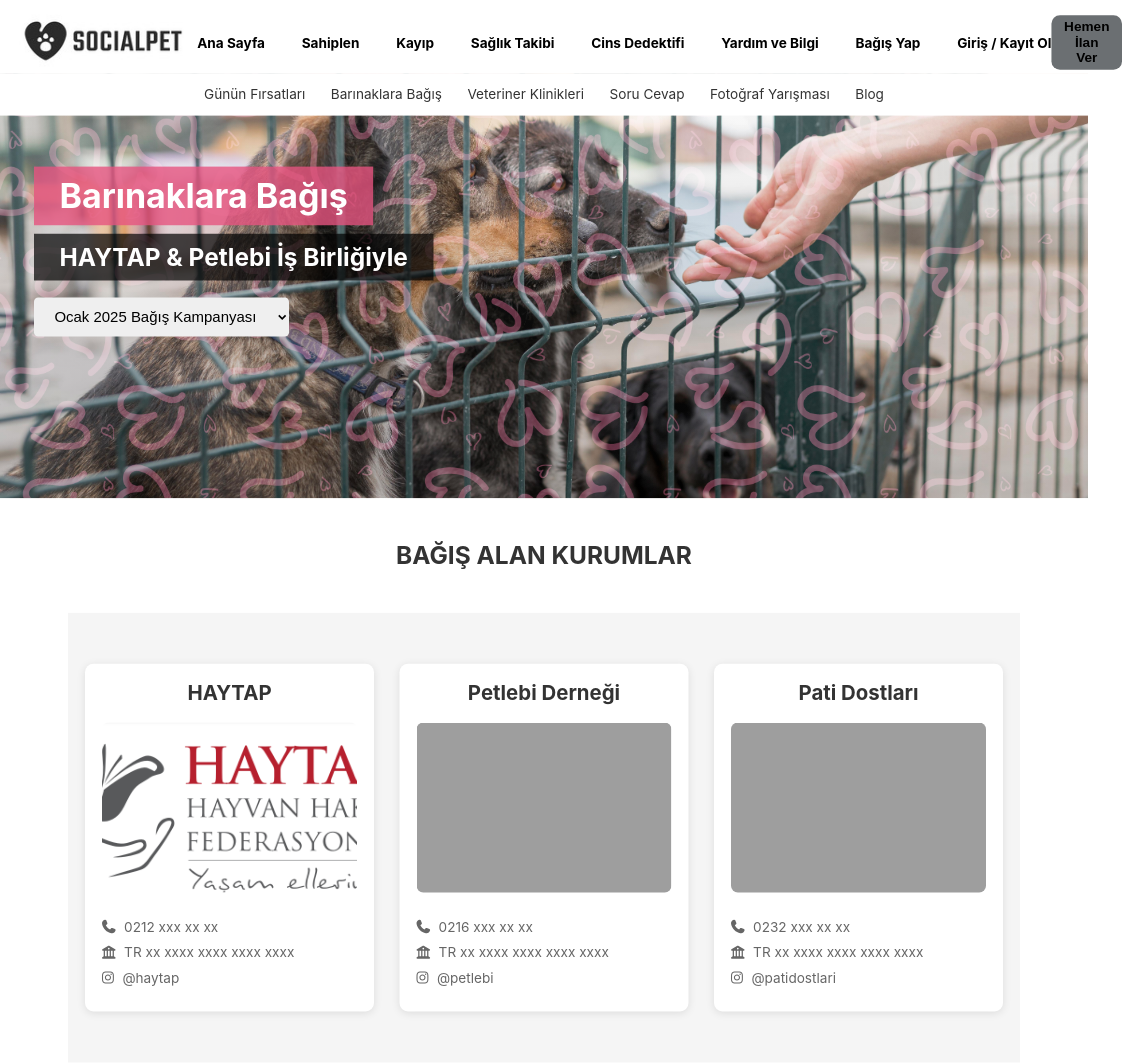
Repository: utkucaa/socialpet-frontend
Page: /donate (app in petweb/petweb/)
The author's editor kept a copy of each file at every save. The page is drawn from the files as they stood at one save, then again after the next save.
The browser window is 1280 px wide. The page is 1320 px wide, so the pictures cover 1320 px, including what lies to the right of the window. The pictures show the whole page, at 85% of full size.
Pictures or frames that could not be fetched are drawn as grey boxes. The project was rebuilt for these pictures with package versions that can differ from the ones it lists, and the page was loaded fresh each time. Also part of the build but not shown: petweb/petweb/src/Components/Login/Login.jsx, petweb/petweb/src/Components/Intro/Intro.css, petweb/petweb/src/Components/Intro/Intro.jsx, petweb/petweb/src/Components/Register/Register.jsx, petweb/petweb/src/Components/Profile/ProfilePage.jsx, petweb/petweb/src/Components/Adoption/Header.css, petweb/petweb/src/Components/Adoption/Header.jsx, petweb/petweb/src/Components/Adoption/Stats.css and 30 more. Imported but missing from the stored project, and not drawn on this page: petweb/petweb/src/Components/AdoptionSteps.

Above is the page before, as saved 2025-01-09 21:52:42.

### petweb/petweb/src/Components/Navbar/Navbar.jsx
import React from 'react';
import { Link } from 'react-router-dom';
import './Navbar.css';

const Navbar = ({ user, setUser }) => {
  const handleLogout = () => {
    setUser(null);
  };

  return (
    <div className='n-container'>
      <div className="n-left">
        <Link to="/">
          <img src="/logo.png" alt="Social Pet Logo" className="n-logo" />
        </Link>
      </div>
      <div className="n-right">
        <div className="n-list">
          <ul>
            <li><Link to="/">Ana Sayfa</Link></li>
            <li><Link to="/adopt">Sahiplen</Link></li>
            <li><Link to="/lost">Kayıp</Link></li>
            <li><Link to="/health-tracking">Sağlık Takibi</Link></li>
            <li><Link to="/breed-detector">Cins Dedektifi</Link></li>
            <li><Link to="/help-info">Yardım ve Bilgi</Link></li>
            <li><Link to="/donate">Bağış Yap</Link></li>

            {!user ? (
              <li><Link to="/login">Giriş / Kayıt Ol</Link></li>
            ) : (
              <li><Link to="/profile">Profil</Link></li>
            )}
          </ul>
        </div>
        {!user ? (
          <button className='giris-cıkıs'>
            <Link to="/create-ad">Hemen İlan Ver</Link>
          </button>
        ) : (
          <button className='giris-cıkıs cıkıs' onClick={handleLogout}>
            <Link to="/">Çıkış Yap</Link>
          </button>
        )}
      </div>
    </div>
  );
};

export default Navbar;

### petweb/petweb/src/Components/Donate/Donate.jsx
import React from 'react';
import './Donate.css';
import { FontAwesomeIcon } from '@fortawesome/react-fontawesome';
import { faPhone, faUniversity } from '@fortawesome/free-solid-svg-icons';
import { faInstagram } from '@fortawesome/free-brands-svg-icons';

const Donate = () => {
  const donationCards = [
    {
      name: "HAYTAP",
      image: "/haytap.png",
      phone: "0212 xxx xx xx",
      iban: "TR xx xxxx xxxx xxxx xxxx",
      instagram: "@haytap"
    },
    {
      name: "Petlebi Derneği",
      image: "/hayvan2.jpg",
      phone: "0216 xxx xx xx",
      iban: "TR xx xxxx xxxx xxxx xxxx",
      instagram: "@petlebi"
    },
    {
      name: "Pati Dostları",
      image: "/hayvan3.jpg",
      phone: "0232 xxx xx xx",
      iban: "TR xx xxxx xxxx xxxx xxxx",
      instagram: "@patidostlari"
    }
  ];

  return (
    <div className="main-container">
      {/* Üst Kısım - Resimli Alan */}
      <div className="hero-section">
        <nav className="nav-menu">
          <ul>
            <li>Günün Fırsatları</li>
            <li>Barınaklara Bağış</li>
            <li>Veteriner Klinikleri</li>
            <li>Soru Cevap</li>
            <li>Fotoğraf Yarışması</li>
            <li>Blog</li>
          </ul>
        </nav>
        <div className="hero-content">
          <div className="title-box">
            <h1>Barınaklara Bağış</h1>
          </div>
          <div className="subtitle-box">
            <h2>HAYTAP & Petlebi İş Birliğiyle</h2>
          </div>
          <div className="select-container">
            <select>
              <option>Ocak 2025 Bağış Kampanyası</option>
            </select>
          </div>
        </div>
      </div>

      {/* Alt Kısım - Bilgilendirme ve Kartlar */}
      <div className="content-section">
        <div className="info-section">
          <h2>BAĞIŞ ALAN KURUMLAR</h2>
        </div>

        <div className="donation-cards-container">
          {donationCards.map((card, index) => (
            <div key={index} className="donation-card">
              <h3 className="card-title">{card.name}</h3>
              <div className="card-image">
                <img src={card.image} alt={card.name} />
              </div>
              <div className="card-info">
                <p> <FontAwesomeIcon icon={faPhone} /> {card.phone}</p>
                <p><FontAwesomeIcon icon={faUniversity} /> {card.iban}</p>
                <p><FontAwesomeIcon icon={faInstagram} /> {card.instagram}</p>
              </div>
            </div>
          ))}
        </div>
      </div>
    </div>
  );
};

export default Donate;

### petweb/petweb/src/Components/Navbar/Navbar.css
.spline-sans-mono {
    font-family: "Spline Sans Mono", monospace;
  }

.n-container{
    height: 10vh;
    margin-top: 14px;
    display: flex;
    justify-content: space-between;
    align-items: center;
    padding: 0 2rem;
}

.n-logo {
    width: 200px;
    height: auto;
    margin-right: 10px;
    margin-left: -10px;
  }


.n-left{
    flex:1;
    align-items: center;
    display: flex;
    gap:1 rem;
}


.n-right{
    display: flex;
    flex: 5;
    align-items: center;
    justify-content: center;
    font-weight: 400;
}

.n-list{
    flex: 10;
}

.n-list a {
    text-decoration: none;
    color: black;
    font-weight: bold;
    font-size: 16px;
    transition: color 0.3s ease;
}

.n-list a:hover {
    color:  #1a237e;
}

.n-list>ul{
    display: flex;
    gap: 2.7rem;
    margin-right: 2rem;
    margin-left: -10px;
    align-items: center;
    list-style: none;
    padding: 0;
    margin: 0;
}

.n-list>ul>li {
    white-space: nowrap;
}

.giris-cıkıs {
    background-color: #6b6f72;
    color: white;
    padding: 5px 15px;
    border: none;
    border-radius: 10px;
    cursor: pointer;
    font-size: 16px;
    font-weight: bold;
    transition: background-color 0.3s ease, transform 0.2s ease;
    margin-right: -14px;
    width: auto;
}
.giris-cıkıs:hover {
    background-color: #4b5b63;
    transform: scale(1.05);
}

.giris-cıkıs a {
    text-decoration: none;
    color: black;
    font-weight: bold;
    font-size: 16px;
}

.giris-cıkıs a:hover {
    color: white;
}

### petweb/petweb/src/Components/Login/Login.css

.login-page {
    display: flex;
    height: 100vh;
  }

  .login-left {
    flex: 1;
  display: flex;
  flex-direction: column;
  justify-content: center;
  align-items: center;
  background: linear-gradient(135deg, #f0f0f0, #d9e4f5);
  padding: 20px;
  text-align: center;
  border-top-right-radius: 20px;
  border-radius: 20px;
  margin-left: 30px;
  }
  .login-logo {
    width: 400px;
    height: auto;
    border-radius: 10px;
    margin-top: 20px;
  }
  .login-left h1 {
    font-size: 36px;
    color: #333;
    margin-bottom: 5px;
    margin-top: 10px;
  }

  .login-left p {
    font-size: 18px;
    margin-top: 5px;
    color: #555;
  }

  .login-image {
    width: 70%;
    margin-top: 20px;
    border-radius: 10px;
  }

  .login-right {
    flex: 1;
    display: flex;
    justify-content: center;
    align-items: center;
    background: #fff;
  }

  .login-box {
    background: white;
    padding: 30px;
    border-radius: 8px;
    box-shadow: 0 4px 15px rgba(0, 0, 0, 0.2);
    text-align: center;
    width: 90%;
    max-width: 400px;
  }

  h2 {
    font-size: 24px;
    margin-bottom: 20px;
    color: #333;
  }

  .form-group {
    margin-bottom: 15px;
    text-align: left;
  }

  label {
    display: block;
    font-size: 14px;
    margin-bottom: 5px;
    color: #555;
  }

  input {
    width: 100%;
    padding: 10px;
    font-size: 14px;
    border-radius: 5px;
    border: 1px solid #ccc;
    outline: none;
    transition: border-color 0.3s;
  }

  input:focus {
    border-color: #5d6d7e;
  }

  .login-button {
    background-color: #5d6d7e;
    color: white;
    padding: 10px;
    width: 100%;
    border: none;
    border-radius: 5px;
    font-size: 16px;
    cursor: pointer;
    transition: background-color 0.3s;
  }

  .login-button:hover {
    background-color: #4b5b63;
  }

  .error-message {
    color: red;
    font-size: 14px;
    margin-bottom: 15px;
  }

  .redirect-message {
    margin-top: 15px;
    font-size: 14px;
  }

  .redirect-message a {
    color: #4a90e2;
    text-decoration: none;
  }

  .redirect-message a:hover {
    text-decoration: underline;
  }

### petweb/petweb/src/Components/Register/Register.css
.register-page {
    display: flex;
    height: 100vh;
  }

  .register-left {
    flex: 1;
  display: flex;
  flex-direction: column;
  justify-content: center;
  align-items: center;
  background: linear-gradient(135deg, #f0f0f0, #d9e4f5);
  padding: 20px;
  text-align: center;
  border-top-right-radius: 20px;
  border-radius: 20px;
  margin-left: 30px;
  }

  .register-logo {
    width: 400px;
    height: auto;
    border-radius: 10px;
    margin-top: 20px;
  }

  .register-left h1 {
    font-size: 36px;
    color: #333;
    margin-bottom: 5px;
    margin-top: 10px;
  }

  .register-left p {
    font-size: 18px;
    margin-top: 5px;
    color: #555;
  }

  .register-right {
    flex: 1;
    display: flex;
    justify-content: center;
    align-items: center;
    background: #fff;
  }

  .register-box {
    background: white;
  padding: 20px;
  border-radius: 20px;
  box-shadow: 0 4px 15px rgba(0, 0, 0, 0.2);
  text-align: center;
  width: 100%;
  max-width: 600px;
  }

  h2 {
    font-size: 24px;
    margin-bottom: 20px;
    color: #333;
  }

  .form-group {
    margin-bottom: 15px;
    text-align: left;
  }

  label {
    font-size: 14px;
  margin-bottom: 5px;
  color: #555;
  align-self: flex-start;
  padding-left: 112px;
  }

  input {
    width: 100%;
    max-width: 350px;
    padding: 12px;
    font-size: 14px;
    border-radius: 5px;
    border: 1px solid #ccc;
    outline: none;
    transition: border-color 0.3s;
    margin: 0 auto;
    display: block;
  }

  input:focus {
    border-color: #5d6d7e;
  }

  .register-button {
    background-color: #5d6d7e;
  color: white;
  padding: 12px;
  width: 100%;
  max-width: 350px;
  border: none;
  border-radius: 5px;
  font-size: 16px;
  cursor: pointer;
  transition: background-color 0.3s;
  margin: 20px auto;
  display: block;
  }

  .register-button:hover {
    background-color: #4b5b63;
  }

  .error-message {
    color: red;
    font-size: 14px;
    margin-bottom: 15px;
  }

  .redirect-message {
    margin-top: 15px;
    font-size: 14px;
  }

  .redirect-message a {
    color: #4a90e2;
    text-decoration: none;
  }

  .redirect-message a:hover {
    text-decoration: underline;
  }

### petweb/petweb/src/Components/Profile/ProfilePage.css
.profile-container {
  padding: 20px;
  max-width: 1200px;
  margin: 0 auto;
}

.profile-header-section {
  background: #696769;
  border-radius: 8px;
  padding: 20px;
  display: flex;
  justify-content: space-between;
  align-items: center;
  color: white;
}

.profile-avatar {
  display: flex;
  justify-content: center;
  align-items: center;
  position: relative;
  width: 120px;
  height: 120px;
}

.avatar-box {
  width: 100px;
  height: 100px;
  border-radius: 8px;
  background-color: #d9d9d9;
  overflow: hidden;
  display: flex;
  justify-content: center;
  align-items: center;
  position: relative;
  cursor: pointer;
}

.avatar-box img {
  width: 100%;
  height: 100%;
  object-fit: cover;
}

.avatar-input {
  position: absolute;
  top: 0;
  left: 0;
  width: 100%;
  height: 100%;
  opacity: 0;
  cursor: pointer;
  z-index: 2;
}

.profile-left {
  display: flex;
  align-items: center;
  gap: 20px;
}

.profile-avatar img {
  width: 120px;
  height: 120px;
  border-radius: 8px;
  background: #fff;
}

.member-tags {
  display: flex;
  gap: 10px;
  margin: 10px 0;
}

.tag {
  padding: 4px 8px;
  border-radius: 4px;
  font-size: 12px;
}

.tag.blue {
  background: #2196f3;
}

.tag.cyan {
  background: #00bcd4;
}

.stats-section {
  display: grid;
  grid-template-columns: repeat(4, 1fr);
  gap: 20px;
  margin: 20px 0;
}

.stat-card {
  padding: 15px;
  border-radius: 8px;
  color: white;
  text-align: center;
}

.stat-card.blue { background: #82bae8; }
.stat-card.green { background: #86c388; }
.stat-card.orange { background: #e7c086; }
.stat-card.cyan { background: #7bcad4; }


.content-section {
  display: flex;
  gap: 20px;
  margin-top: 20px;
}

.side-menu {
  width: 250px;
  background: #f5f5f5;
  padding: 15px;
  border-radius: 8px;
}

.side-menu ul {
  list-style: none;
  padding: 0;
}

.side-menu li {
  padding: 10px;
  margin: 5px 0;
  cursor: pointer;
  border-radius: 4px;
  transition: background-color 0.3s;
}

.side-menu li:hover {
  background: #e0e0e0;
}

.main-content {
  flex: 1;
}

.no-ads {
  background: #696767;
  color: white;
  padding: 15px;
  border-radius: 8px;
  text-align: center;
}

.profile-actions {
  display: flex;
  gap: 15px;
}

.btn-update, .btn-add {
  padding: 8px 16px;
  border: none;
  border-radius: 4px;
  cursor: pointer;
}

.btn-update {
  background: #f5f5f5;
  color: #333;

}

.btn-add {
  background: #eda03c;
  color: white;

}

.btn-logout {
  background-color: rgb(201, 197, 197);
  color: white;
  border: none;
  padding: 10px 20px;
  cursor: pointer;
  margin-top: 10px; /* İlan Ekle butonundan sonra biraz boşluk bırakır */
}

.btn-logout:hover {
  background-color: rgb(55, 54, 54);
}

### petweb/petweb/src/Components/Adoption/CreatedPage.css
.create-ad-container {
  display: flex;
  width: 100%;
}

.create-ad-title {
  font-size: 24px;
  font-weight: bold;
  color: #333;
  margin-left: 90px;
  margin-top: 20px;
  text-align: left;
  position: relative;
  top: 20px;
}

select {
  font-size: 12px;
  padding: 5px 8px;
  width: 100px;
  height: auto;
  border-radius: 5px;
  border: 1px solid #ccc;
}

option {
  font-size: 12px;
}

.sidebar {
  width: 250px;
  background-color: #f4f4f4;
  height: 100vh;
  padding: 20px;
  box-shadow: 2px 0 5px rgba(0, 0, 0, 0.1);
}

.step-content {
  margin-left: 270px;
  padding: 20px;
  width: calc(100% - 270px);
  display: flex;
  flex-direction: column;
}

.step-indicator {
  display: flex;
  justify-content: center;
  align-items: center;
  margin-bottom: 20px;
  gap: 50px;
}

.step-box {
  width: 40px;
  height: 40px;
  background-color: transparent;
  border-radius: 50%;
  display: flex;
  justify-content: center;
  align-items: center;
  font-size: 18px;
  margin: 0 px;
  font-weight: bold;
  cursor: pointer;
  box-shadow: none;
  border: none;
  transition: background-color 0.3s ease, color 0.3s ease;
}

.step-box.active {
  background-color: #f8c471;
  color: white;
}

.step-box.inactive {
  background-color: #ccc;
  color: #666;
}

.step-text.active-text {
  color: #f8c471;
}

.step-text.inactive-text {
  color: #666;
}

.step-description {
  display: flex;
  justify-content: center;
  margin-top: -10px;
  gap: 80px;
}

.step-text {
  font-size: 14px;
  text-align: center;
  width: auto;
  margin: 20px 0 0 0;
  transition: color 0.3s;
}

.step-text h2 {
  font-size: 12px;
  color: #333;
  margin-top: 5px;
  transition: color 0.3s ease, font-weight 0.3s ease; /* Animasyon */
}

.step-text.active-text h2 {
  color: #f8c471; /* Aktif başlık rengi */
  font-weight: bold;
}

.step {
  display: flex;
  flex-direction: column;
  align-items: flex-start; /* Sola hizalar */
  width: 100%;
}

### petweb/petweb/src/Components/Lost/CreateListingPage.css
.page-container {
  width: 100%;
  max-width: 1200px;
  margin: 0 auto;
  padding: 20px;
}

.baslık{
  font-size: 28px;
  margin-bottom: 29px;
}

.create-listing-container {
  display: flex;
  gap: 30px;
}

.left-section {
  flex: 7;
}

.right-section {
  flex: 3;
}

.form-group {
  margin-bottom: 20px;
}

h2, h3 {
  margin-bottom: 9px;
  color: #333;
  font-size: 18px;
}

.form-input,
.form-select,
.form-textarea {
  width: 100%;
  padding: 12px;
  border: 1px solid #ddd;
  border-radius: 4px;
  font-size: 16px;
  margin-bottom: 10px;
}

.form-textarea {
  min-height: 150px;
  resize: vertical;
}



.warning-text {
  color: #d32f2f;
  font-weight: bold;
  margin: 10px 0;
}

.note-text {
  color: #666;
  font-size: 14px;
  margin-top: 8px;
}

.map-container {
  width: 100%;
  height: 400px;
  background-color: #f5f5f5;
  border-radius: 4px;
  margin-bottom: 20px;
  display: flex;
  align-items: center;
  justify-content: center;
}

/* Sağ bölüm stilleri */
.image-upload-container {
  border: 2px dashed #ddd;
  border-radius: 4px;
  padding: 20px;
  text-align: center;
  background-color: #f9f9f9;
}

.file-input {
  display: none;
}

.file-label {
  cursor: pointer;
  display: block;
}

.upload-placeholder {
  color: #1976d2;
  font-size: 18px;
  padding: 60px 0;
}

.preview-image {
  max-width: 100%;
  max-height: 300px;
  object-fit: contain;
}

.upload-note {
  color: #666;
  font-size: 14px;
  margin-top: 10px;
}

.button-container {
  margin-top: 20px;
}

.publish-button,
.delete-button {
  width: 100%;
  padding: 12px;
  border: none;
  border-radius: 4px;
  font-size: 16px;
  cursor: pointer;
  margin-bottom: 10px;
}

.publish-button {
  background-color: #5d9d5f;
  color: white;
}

.delete-button {
  background-color: #d9473d;
  color: white;
}

.publish-button:hover,
.delete-button:hover {
  opacity: 0.9;
}

.terms-text {
  text-align: center;
  font-size: 14px;
  color: #666;
  margin-top: 15px;
}

.terms-text a {
  color: #1976d2;
  text-decoration: none;
}

### petweb/petweb/src/Components/Donate/Donate.css
.main-container {
    width: 100%;
    min-height: 100vh;
  }

  /* Üst Kısım - Hero Section */
  .hero-section {
    width: 100%;
    height: 500px;
    position: relative;
    background-image: url('/public/bagıs.jpg');
    background-size: cover;
    background-position: center;
    overflow: hidden;
  }

  /* Kalp Efekti */
  .hero-section::after {
    content: '';
    position: absolute;
    top: 0;
    left: 0;
    right: 0;
    bottom: 0;
    background-image: url('/public/heart-pattern.png');
    background-size: 800px auto;
    opacity: 0.4;
    pointer-events: none;
    animation: floatingHearts 20s linear infinite;
    mix-blend-mode: screen;
  }

  /* Gradient Overlay */
  .hero-section::before {
    content: '';
    position: absolute;
    top: 0;
    left: 0;
    right: 0;
    bottom: 0;
    background: linear-gradient(
      rgba(255, 255, 255, 0.1),
      rgba(0, 0, 0, 0.2)
    );
  }

  /* Navigasyon Menüsü */
  .nav-menu {
    background-color: white;
    padding: 15px 0;
    position: relative;
    z-index: 10;
  }

  .nav-menu ul {
    display: flex;
    justify-content: center;
    list-style: none;
    gap: 30px;
    margin: 0;
    padding: 0;
  }

  .nav-menu li {
    color: #333;
    cursor: pointer;
  }

  /* Hero İçerik */
  .hero-content {
    position: relative;
    z-index: 2;
    padding: 60px 40px;
    max-width: 1200px;
    margin: 0 auto;
  }

  .title-box {
    margin-bottom: 10px;
  }

  .title-box h1 {
    background-color: rgba(231, 84, 128, 0.8);
    color: white;
    padding: 10px 30px;
    font-size: 2.5rem;
    margin: 0;
    display: inline-block;
  }

  .subtitle-box {
    margin-bottom: 20px;
  }

  .subtitle-box h2 {
    background-color: rgba(0, 0, 0, 0.7);
    color: white;
    padding: 10px 30px;
    font-size: 1.8rem;
    margin: 0;
    display: inline-block;
  }

  .select-container select {
    padding: 12px 20px;
    font-size: 1.1rem;
    border: none;
    border-radius: 5px;
    min-width: 300px;
    cursor: pointer;
  }

  /* Alt Kısım - Content Section */
  .content-section {
    background-color: white;
    display: flex;           /* Eklendi */
  flex-direction: column;  /* Eklendi */
  align-items: center;
  }

  .info-section {
    text-align: center;
    padding: 30px 0;

  }

  .info-section h2 {
    margin: 0;
    color: #333;
    font-size: 1.8rem;
  }

  /* Bağış Kartları */
  .donation-cards-container {
    display: flex;
  justify-content: center;
  gap: 30px;
  padding: 60px 20px; /* Üst padding'i artırdık */
  flex-wrap: wrap;
  max-width: 1200px;
  margin: 0 auto;
  background-color: #f5f5f5;
  }

  .donation-card {
    background: white;
    border-radius: 10px;
    box-shadow: 0 2px 10px rgba(0, 0, 0, 0.1);
    width: 300px;
    padding: 20px;
    display: flex;
    flex-direction: column;
    align-items: center;
    transition: transform 0.3s ease;
  }

  .donation-card:hover {
    transform: translateY(-5px);
  }

  .card-title {
    color: #333;
    font-size: 1.5rem;
    margin: 0 0 20px 0;
    text-align: center;
  }

  .card-image {
    width: 100%;
    height: 200px;
    overflow: hidden;
    border-radius: 8px;
    margin-bottom: 20px;
  }

  .card-image img {
    width: 100%;
    height: 100%;
    object-fit: cover;
  }

  .card-info {
    width: 100%;
  }

  .card-info p {
    margin: 10px 0;
    color: #666;
    display: flex;
    align-items: center;
    gap: 10px;
  }

  .card-info i {
    width: 20px;
    color: #e75480;
  }

  /* Animasyon */
  @keyframes floatingHearts {
    from {
      background-position: 0 0;
    }
    to {
      background-position: 100% 100%;
    }
  }

  /* Responsive Tasarım */
  @media (max-width: 1024px) {
    .donation-cards-container {
      gap: 20px;
    }

    .donation-card {
      width: calc(50% - 40px);
    }
  }

  @media (max-width: 768px) {
    .nav-menu ul {
      flex-wrap: wrap;
      gap: 15px;
    }

    .hero-content {
      padding: 40px 20px;
    }

    .select-container select {
      min-width: 250px;
    }

    .donation-card {
      width: 100%;
      max-width: 400px;
    }
  }

Loaded but not shown: petweb/petweb/public/index.html (common file); petweb/petweb/src/index.js (common file); petweb/petweb/src/index.css (common file); petweb/petweb/src/reportWebVitals.js (common file); petweb/petweb/src/App.js (55 lines, source omitted)

After the next save:
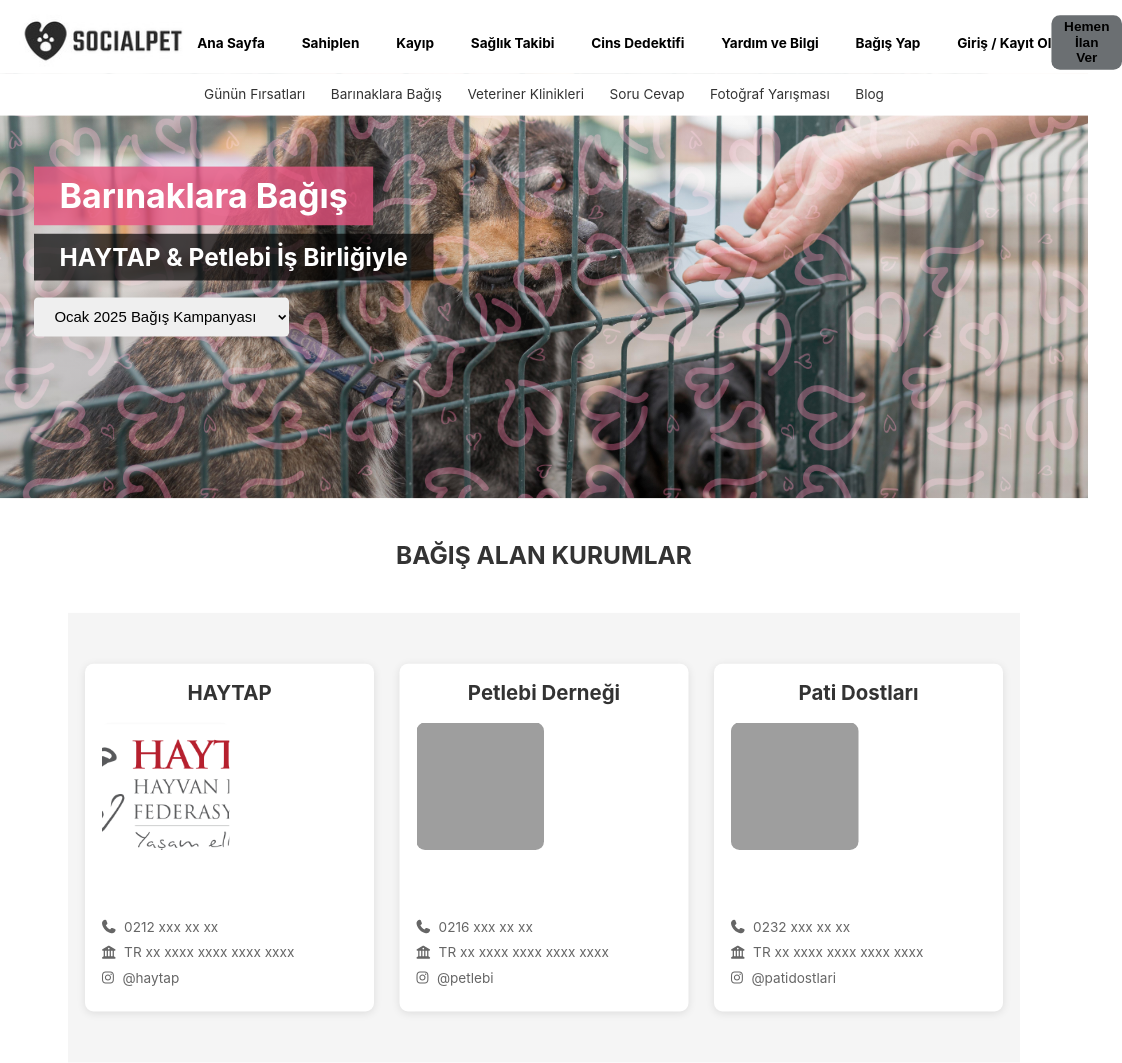
Saved 46 s later.
--- a/petweb/petweb/src/Components/Donate/Donate.css
+++ b/petweb/petweb/src/Components/Donate/Donate.css
@@ -236,3 +236,10 @@
       max-width: 400px;
     }
   }
+
+  .card-image img {
+    width: 150px; /* Genişlik */
+    height: 150px; /* Yükseklik */
+    object-fit: cover; /* Resmi kare alanda düzgün şekilde yerleştirir */
+    border-radius: 10px; /* Kenarları yuvarlamak için opsiyonel */
+  }
